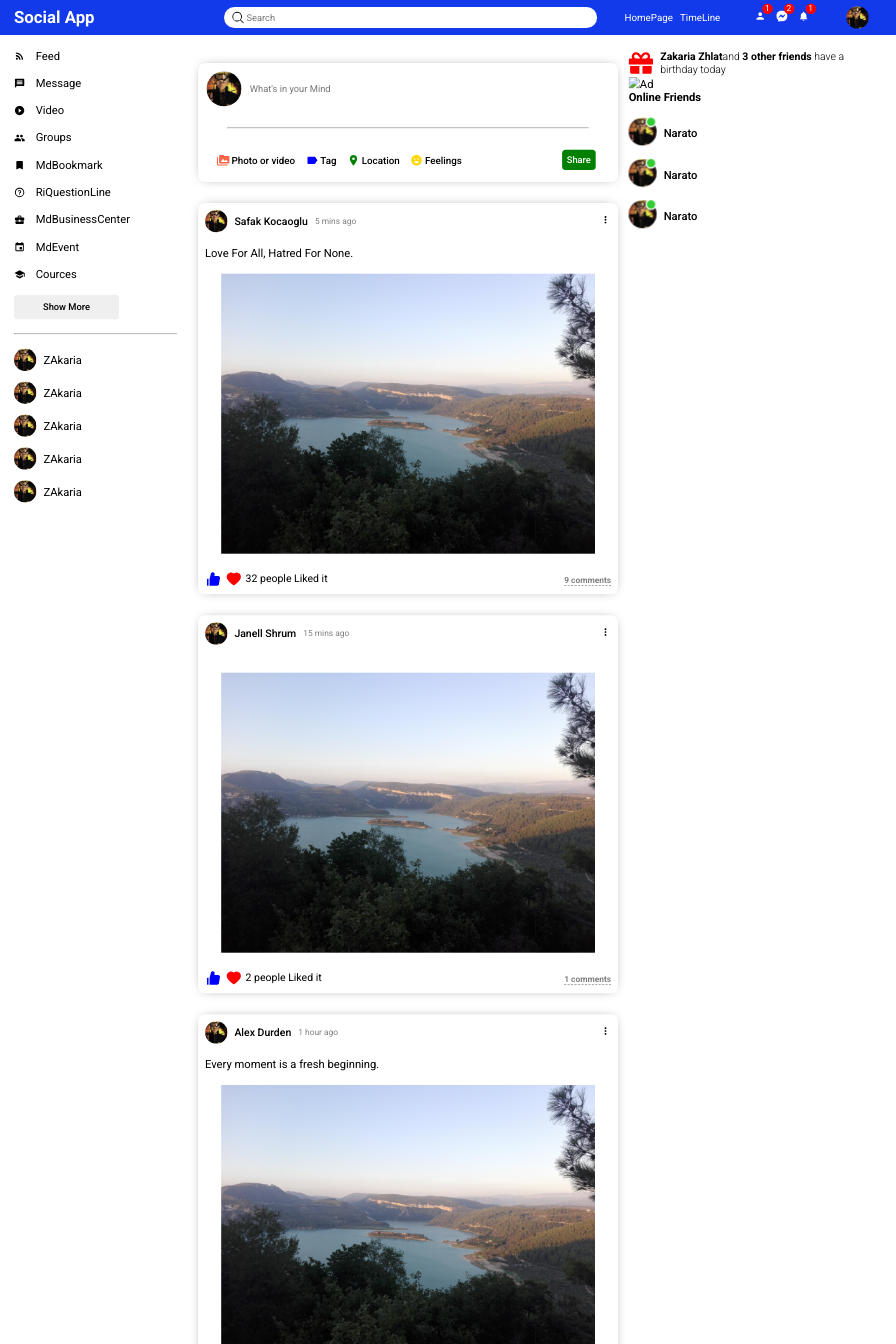
Repository: ZakariaZhlat125/Social-App
Page: /
The author's editor kept a copy of each file at every save. The page is drawn from the files as they stood at one save, then again after the next save.
The browser window is 1280 px wide. The pictures show the part of the page from y = 0 to 1920 px (the page is 6066 px tall), at 70% of full size.
The project was rebuilt for these pictures with package versions that can differ from the ones it lists, and the page was loaded fresh each time. Also part of the build but not shown: vite.config.js.

Above is the page before, as saved 2023-01-11 22:50:47.

After the next save:
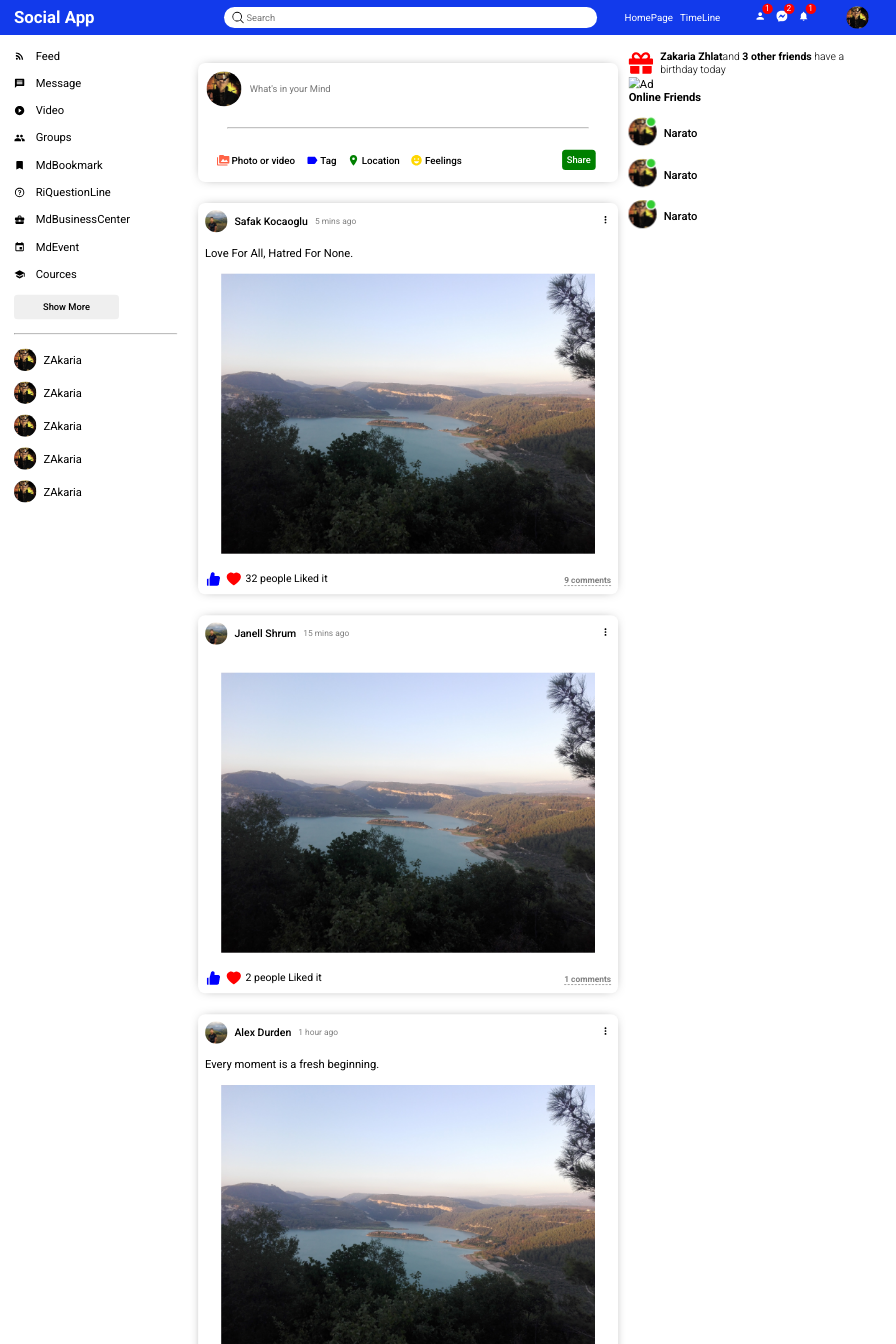
Saved 63 s later.
--- a/src/components/post/Post.jsx
+++ b/src/components/post/Post.jsx
@@ -13,7 +13,7 @@ export default function Post({post}) {
       <div className="postWarpper">
         <div className="postTop">
           <div className="postTopLeft">
-            <img src={profile} alt="profile Image" className="postProfileImg" />
+            <img src={Users.filter((user) => user.id === post?.userId)[0].profilePicture} alt="profile Image" className="postProfileImg" />
             <span className="postUserName">{Users.filter((user) => user.id === post?.userId)[0].username}</span>
             <span className="postDate">{post.date}</span>
           </div>
